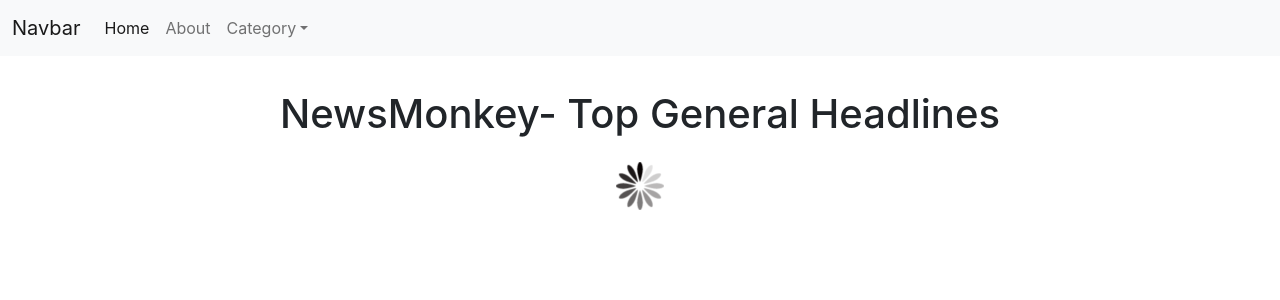
Repository: Sid9050/NewsMonkey
Page: /
An editor plug-in stored every save of this project. The page is shown before and after a run of saves, followed by the edit.
The browser window is 1280 px wide. The pictures show the whole page.
The page's requests for data from a server got no answer. The project was rebuilt for these pictures with package versions that can differ from the ones it lists, and the page was loaded fresh each time. No one was signed in, and anything a server would have sent is missing. Also part of the build but not shown: src/App.css, src/Components/NewsItem.js.

Above is the page before, as saved 2022-06-21 17:13:07.

### src/App.js
import './App.css';

import React, { Component } from 'react'
import NavBar from './Components/NavBar';
import News from './Components/News';
import LoadingBar from 'react-top-loading-bar';

import {
  BrowserRouter,
  Routes,
  Route,
} from "react-router-dom";

export default class App extends Component {
  pageSize=10
  apiKey=process.env.REACT_APP_NEWS_API
  state={
    progress:0
  }
  setProgress=(progress)=>{
    this.setState({progress:this.state.progress})
  }
  render() {
    return (
      <BrowserRouter>
      <NavBar/>
      <LoadingBar
        color='#f11946'
        progress={this.state.progress}
      />
      <div>

        <Routes>
        <Route path="/" element={<News apiKey={this.apiKey} setProgress={this.setProgress} key="General" pageSize={this.pageSize} country="in" category="General"/>}/>
        <Route path="/general" element={<News apiKey={this.apiKey} setProgress={this.setProgress} key="General" pageSize={this.pageSize} country="in" category="General"/>}/>
        <Route path="/Business" element={<News apiKey={this.apiKey} setProgress={this.setProgress} key="Business" pageSize={this.pageSize} country="in" category="Business"/>}/>
        <Route path="/Entertainment" element={<News apiKey={this.apiKey} setProgress={this.setProgress} key="Entertainment" pageSize={this.pageSize} country="in" category="Entertainment"/>}/>
        <Route path="/Health" element={<News apiKey={this.apiKey} setProgress={this.setProgress} key="Health" pageSize={this.pageSize} country="in" category="Health"/>}/>
        <Route path="/Technology" element={<News apiKey={this.apiKey} setProgress={this.setProgress} key="Technology" pageSize={this.pageSize} country="in" category="Technology"/>}/>
        <Route path="/Science" element={<News apiKey={this.apiKey} setProgress={this.setProgress} key="Science" pageSize={this.pageSize} country="in" category="Science"/>}/>
        <Route path="/Sports" element={<News apiKey={this.apiKey} setProgress={this.setProgress} key="Sports" pageSize={this.pageSize} country="in" category="Sports"/>}/>
        </Routes>
      </div>
      </BrowserRouter>
    )
  }
}

### src/Components/NavBar.js
import React from 'react'
import { Link } from "react-router-dom";

const NavBar=()=> {
    return (
      <div>
        <nav className="navbar fixed-top navbar-expand-lg bg-light">
  <div className="container-fluid">
    <Link className="navbar-brand" to="#">Navbar</Link>
    <button className="navbar-toggler" type="button" data-bs-toggle="collapse" data-bs-target="#navbarSupportedContent" aria-controls="navbarSupportedContent" aria-expanded="false" aria-label="Toggle navigation">
      <span className="navbar-toggler-icon"></span>
    </button>
    <div className="collapse navbar-collapse" id="navbarSupportedContent">
      <ul className="navbar-nav me-auto mb-2 mb-lg-0">
        <li className="nav-item">
          <Link className="nav-link active" aria-current="page" to="/">Home</Link>
        </li>
        <li className="nav-item">
          <Link className="nav-link" to="/">About</Link>
        </li>
        <li className="nav-item dropdown">
          <Link className="nav-link dropdown-toggle" to="/" id="navbarDropdown" role="button" data-bs-toggle="dropdown" aria-expanded="false">
            Category
          </Link>
          <ul className="dropdown-menu" aria-labelledby="navbarDropdown">
            <li><Link className="dropdown-item" to="/Business">Business</Link></li>
            <li><Link className="dropdown-item" to="/Entertainment">Entertainment</Link></li>
            <li><Link className="dropdown-item" to="/General">General</Link></li>
            <li><Link className="dropdown-item" to="/Health">Health</Link></li>
            <li><Link className="dropdown-item" to="/Science">Science</Link></li>
            <li><Link className="dropdown-item" to="/Sports">Sports</Link></li>
            <li><Link className="dropdown-item" to="/Technology">Technology</Link></li>
          </ul>
        </li>
      </ul>
    </div>
  </div>
</nav>
      </div>
    )
  }

export default NavBar

### src/Components/News.js
import React, {useEffect,useState } from 'react'
import NewsItem from './NewsItem'
import Spinner  from './Spinner';
import PropTypes from 'prop-types'
import InfiniteScroll from "react-infinite-scroll-component";



const News=(props)=> {
  const [articles,setArticles]=useState([])
  const [loading,setLoading]=useState(true)
  const [page,setPage]=useState(1)
  const [totalResults,setTotalResults]=useState(0)


    //document.title=`${props.category}- NewsMonkey`;

    const updateNews=async()=>{
        props.setProgress(10);
        const url= `https://newsapi.org/v2/top-headlines?country=${props.country}&category=${props.category}&apiKey=${props.apiKey}&page=${page}&pageSize=${props.pageSize}`;
        setLoading(true);
        let data= await fetch(url);
        props.setProgress(30);
        let parsedData=await data.json();
        props.setProgress(60);
        setArticles(parsedData.articles);
        setTotalResults(parsedData.totalResults);
        setLoading(false);
        props.setProgress(100);
      }

  useEffect(()=>{
    updateNews();
  },[])


  {/*const handleNextClick=async ()=>{
    setPage(page+1);
    updateNews();
  }

  const handlePrevClick=async ()=>{
    setPage(page-1);
    updateNews();
  }*/}

  const fetchMoreData=async ()=>{
    setPage(page+1);
    const url= `https://newsapi.org/v2/top-headlines?country=${props.country}&category=${props.category}&apiKey=${props.apiKey}&page=${page+1}&pageSize=${props.pageSize}`;
    let data= await fetch(url);
    let parsedData=await data.json();
    setArticles(articles.concat(parsedData.articles));
  };


    return (
      <>
        <h1 className='text-center' style={{marginTop:'90px'}}>NewsMonkey- Top {props.category} Headlines </h1>
        {loading && <Spinner/>}
        <InfiniteScroll
          dataLength={articles.length}
          next={fetchMoreData}
          hasMore={articles.length<totalResults}
          loader={<Spinner/>}
        >
          <div className='container'>
        <div className="row">
          {articles.map((element)=>{
            return <div className="col-md-4" key={element.url}>
            <NewsItem  title={element.title?element.title:""} description={element.description?element.description:""} imageUrl={element.urlToImage} newsUrl={element.url} author={element.author?element.author:"Unknown"} date={element.publishedAt} source={element.source.name}/>
              </div>

          })}
      </div>
        </div>
        </InfiniteScroll>


        </>
    )
        }



News.defaultProps={
  country:"in",
  pageSize:8
}

News.propTypes={
  country:PropTypes.string,
  pageSize:PropTypes.number,
}

export default News

### src/Components/Spinner.js
import React from 'react'
import loading from './loading.gif'

const Spinner =()=> {
    return (
      <div className='text-center'>
          <img className='my-3' src={loading} alt="loading" />
      </div>
    )
}

export default Spinner

Loaded but not shown: public/index.html (common file); src/index.js (common file); src/index.css (common file); src/reportWebVitals.js (common file)

After the next 6 saves:
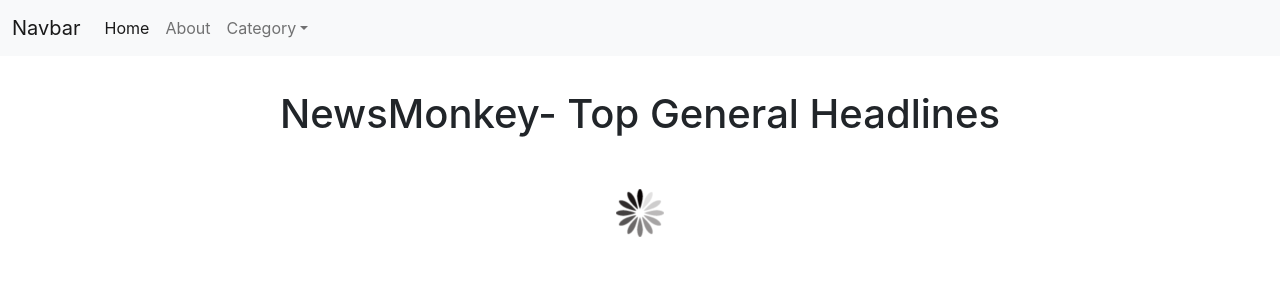
The 6 saves are shown as one change because 1 did not build or start and some came seconds apart.
The last was saved 26 s later.
--- a/src/Components/News.js
+++ b/src/Components/News.js
@@ -55,7 +55,7 @@
 
     return (
       <>
-        <h1 className='text-center' style={{marginTop:'90px'}}>NewsMonkey- Top {props.category} Headlines </h1>
+        <h1 className='text-center' style={{margin:'35px 0px', marginTop:'90px'}}>NewsMonkey- Top {props.category} Headlines </h1>
         {loading && <Spinner/>}
         <InfiniteScroll
           dataLength={articles.length}
